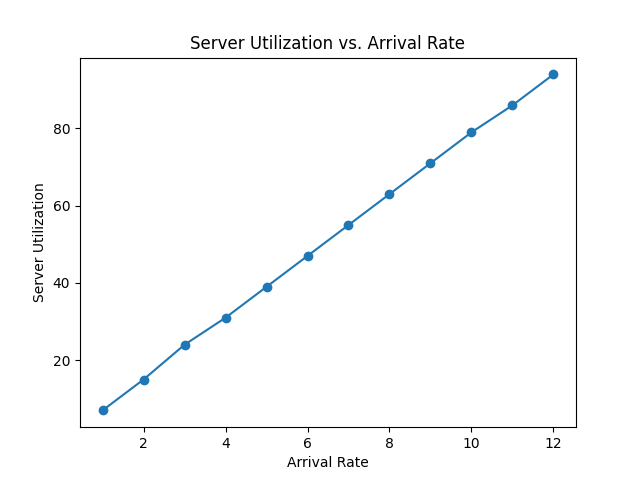
Repository: kingsoneight/CS350-Computer-System
Script's output: python hw1/eval2d.py
These files come from the project's save history. The script's output is drawn as it stood at one moment and after the next save; the edit follows.
Random numbers start from a fixed seed.

Above is the script's output before, as saved 2023-09-21 17:22:23.

### hw1/eval2d.py
import subprocess
import matplotlib.pyplot as plt

a_values = list(range(1, 13))

a_parameters = [1,2,3,4,5,6,7,8,9,10,11,12]
server_utilization = [7,15,24,31,39,47,55,63,71,79,86,94]



plt.plot(a_parameters, server_utilization, marker='o')
plt.xlabel('Arrival Rate')
plt.ylabel('Server Utilization')
plt.title('Server Utilization vs. Arrival Rate')
plt.show()

After the next save:
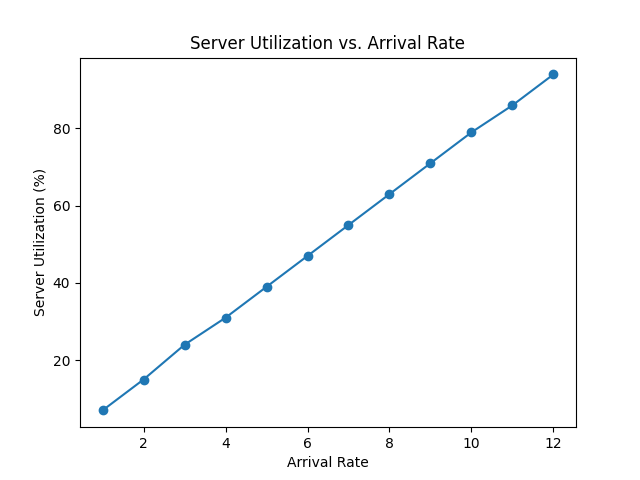
Saved 53 s later.
--- a/hw1/eval2d.py
+++ b/hw1/eval2d.py
@@ -10,6 +10,6 @@ server_utilization = [7,15,24,31,39,47,55,63,71,79,86,94]
 
 plt.plot(a_parameters, server_utilization, marker='o')
 plt.xlabel('Arrival Rate')
-plt.ylabel('Server Utilization')
+plt.ylabel('Server Utilization (%)')
 plt.title('Server Utilization vs. Arrival Rate')
 plt.show()
